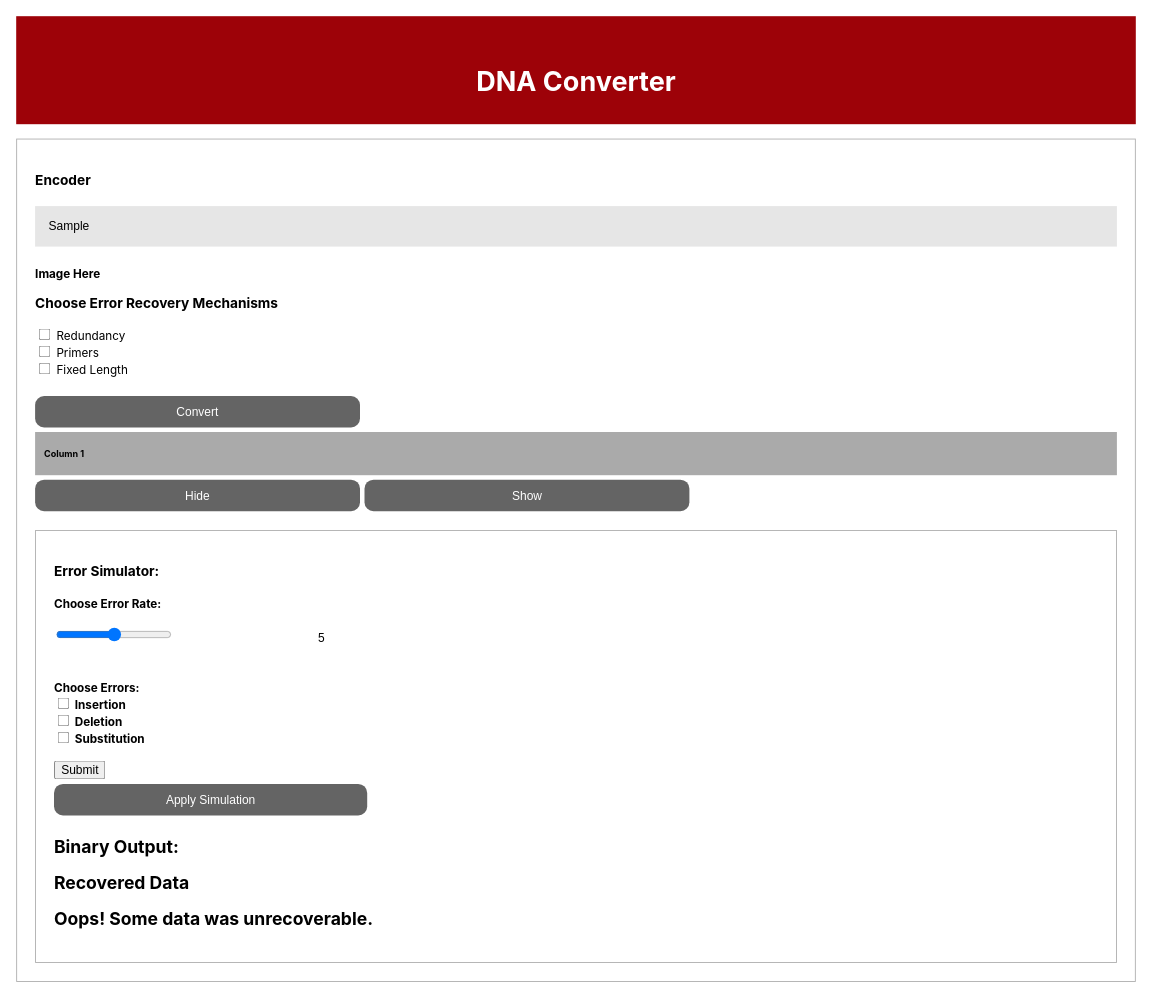
Repository: komalharjani/MSc-Thesis-DNA-Storage
Page: index.html
The author's editor kept a copy of each file at every save. The page is drawn from the files as they stood at one save, then again after the next save.
The browser window is 1280 px wide. The pictures show the whole page, at 90% of full size.
Empty fields were first filled with sample values (such as "Sample", 5 or name@example.com).
After loading, the first visible `#hide` was clicked once.

Above is the page before, as saved 2020-08-16 22:26:53.

After the next save:
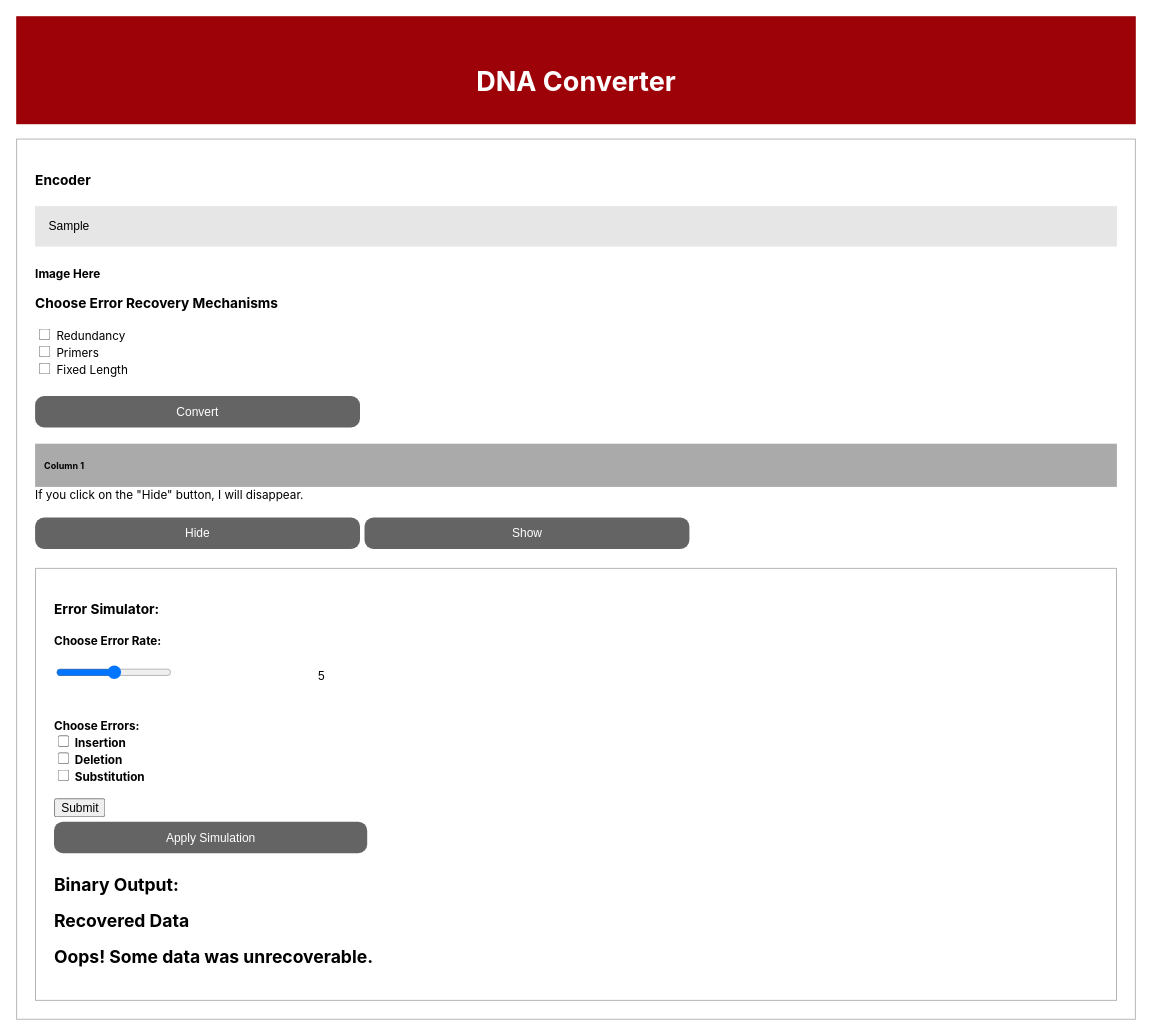
Saved 9 s later.
--- a/index.html
+++ b/index.html
@@ -44,10 +44,10 @@
             <script>
                 $(document).ready(function(){
                   $("#hide").click(function(){
-                    $("p").hide();
+                    $("dnaOutput").hide();
                   });
                   $("#show").click(function(){
-                    $("p").show();
+                    $("dnaOutput").show();
                   });
                 });
                 </script>
